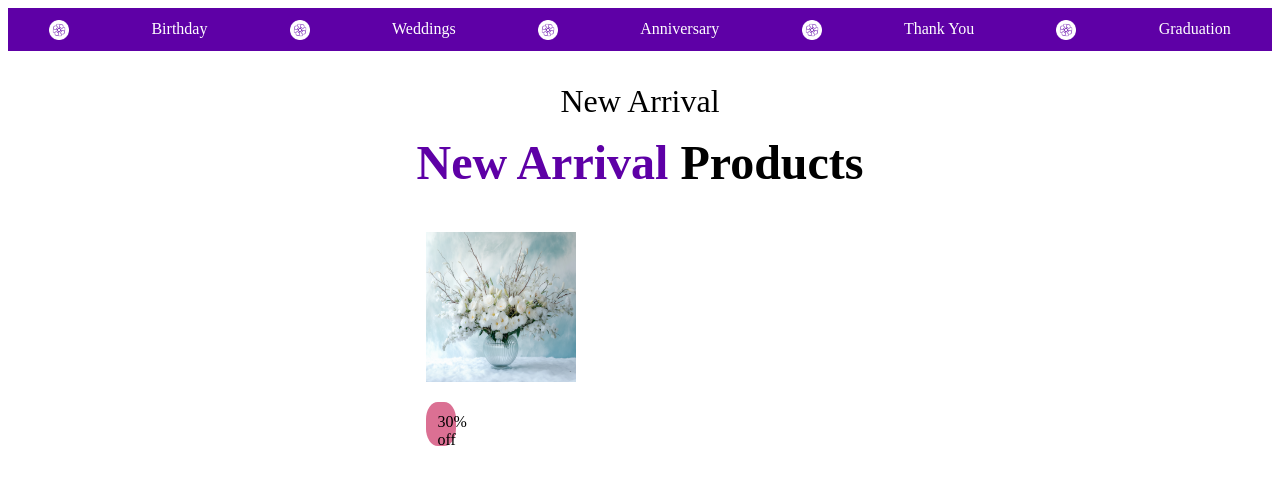
Repository: KolawoleTemilade/classroom-learning
Page: newarrival/index.html
An editor plug-in stored every save of this project. The page is shown before and after the next save, followed by the edit.
The browser window is 1280 px wide. The pictures show the whole page.

Above is the page before, as saved 2025-10-01 18:26:21.

### newarrival/index.html
<!DOCTYPE html>
<html lang="en">
  <head>
    <meta charset="UTF-8" />
    <meta name="viewport" content="width=h, initial-scale=1.0" />
    <title>new arrival</title>
    <link rel="stylesheet" href="style.css" />
  </head>
  <body>
    <section class="new-arrival-sect">
      <div class="marq-sect">
        <div class="marque">
          <img
            src="../newarrival/images/icons/marqueflower.png"
            alt="flower-icon"
            width="20"
            height="20"
          />
          <span>birthday</span>
          <img
            src="../newarrival/images/icons/marqueflower.png"
            alt="flower-icon"
            width="20"
            height="20"
          />
          <span>weddings</span>
          <img
            src="../newarrival/images/icons/marqueflower.png"
            alt="flower-icon"
            width="20"
            height="20"
          />
          <span>anniversary</span>
          <img
            src="../newarrival/images/icons/marqueflower.png"
            alt="flower-icon"
            width="20"
            height="20"
          />
          <span>thank you</span>
          <img
            src="../newarrival/images/icons/marqueflower.png"
            alt="flower-icon"
            width="20"
            height="20"
          />
          <span>graduation</span>
        </div>
      </div>
      <div class="new-arrival">
        <div class="new-arrival-title">
          <p class="title1">
            new arrival
            <span class="title2">new arrival <span class="product-title">products</span></span>
          </p>
        </div>
        <div class="new-arrival-product-card">
          <div class="product-card">
            <div class="img-sect">
              <img src="./images/new-arrival/flower1.png" alt="flower1" width="150" height="150" />
              <div class="absolute-container">
                <p class="slash">30% off</p>
              </div>
            </div>
            <div class="text-sect"></div>
          </div>
        </div>
      </div>
    </section>
  </body>
</html>

### newarrival/style.css
.new-arrival-sect{
    display: flex;
    flex-direction: column;
    align-items: center;
    justify-content: center;
}

.marq-sect{
    background-color: #5E00A6;
    height:6vh;
    width: 100%;
    align-content: center;
}
.marque {
    display: flex;
    align-content: center;
    justify-content:space-around ;
}
.marque > span {
    text-transform: capitalize;
    color: white;
}
.title1{
    font-size: 2rem;
    display: flex;
    flex-direction: column;
    align-items: center;
    justify-content: center;
    gap: 15px;
    text-transform: capitalize;
}
.title2 {
    font-size: 3rem;
    color: #5E00A6;
    font-weight: 700;
}
.product-title{
    color: black;
    font-size: 3rem;
    font-weight: 700;
}

.product-card {
    display: flex;
    padding: 10px;
    background: white;
}
.img-sect {
    position: relative;
}
.img-sect >img
.absolute-container > p{
    /* width: 100%; */
}
.slash {
    position: absolute;
    top: left;
    background: palevioletred;
    padding: 10px;
    width: 5%;
    height: 3vh;
    border: 1px solid transparent;
    border-radius: 40%;
}

After the next save:
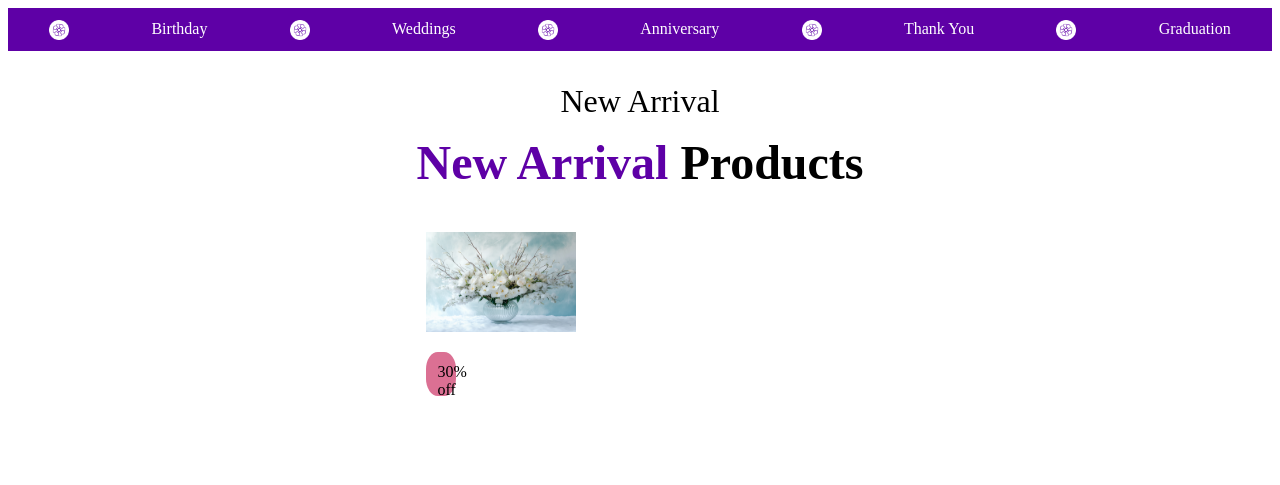
Saved 8 s later.
--- a/newarrival/index.html
+++ b/newarrival/index.html
@@ -57,7 +57,7 @@
         <div class="new-arrival-product-card">
           <div class="product-card">
             <div class="img-sect">
-              <img src="./images/new-arrival/flower1.png" alt="flower1" width="150" height="150" />
+              <img src="./images/new-arrival/flower1.png" alt="flower1" width="150" height="100" />
               <div class="absolute-container">
                 <p class="slash">30% off</p>
               </div>
